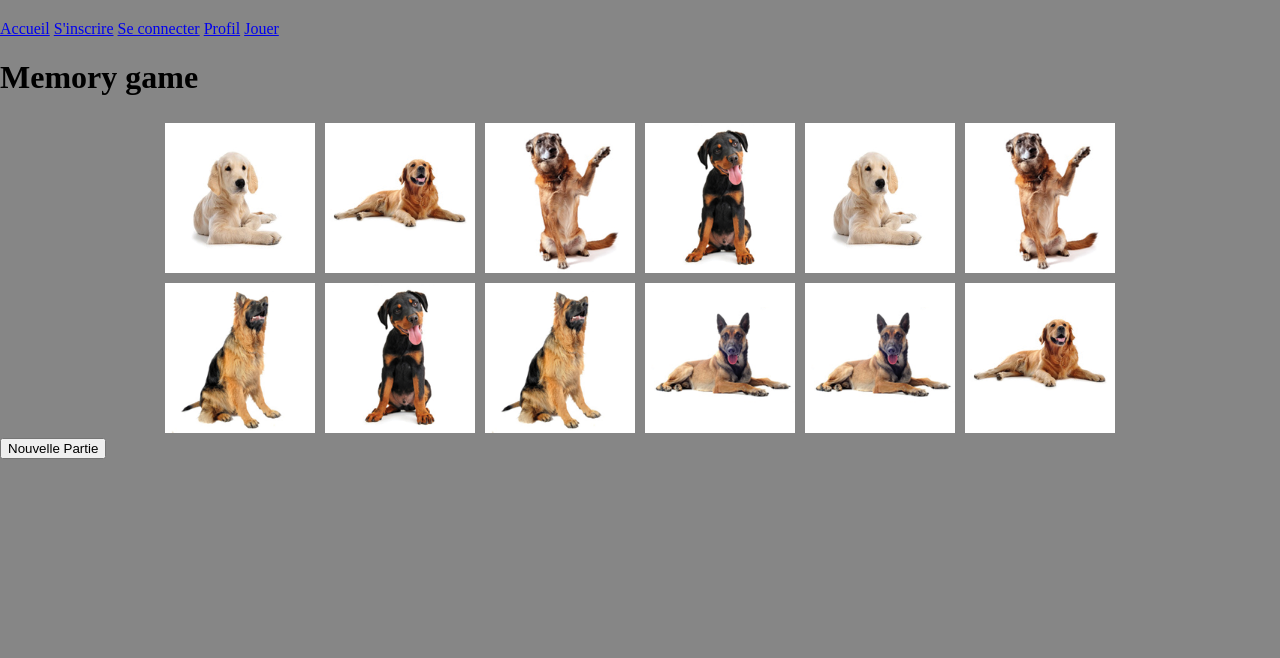
Repository: Ludmilla06/memory-game
Page: game.html
The author's editor kept a copy of each file at every save. The page is drawn from the files as they stood at one save, then again after the next save.
The browser window is 1280 px wide. The pictures show the whole page.

Above is the page before, as saved 2025-10-22 14:28:08.

### game.html
<!DOCTYPE html>
<html lang="fr">
  <head>
    <meta charset="UTF-8" />
    <meta name="viewport" content="width=device-width, initial-scale=1.0" />
    <title>Document</title>
    <link rel="stylesheet" href="css/game.css" />
  </head>
  <body>
    <nav>
      <div class="Onglet">
        <a href="index.html">Accueil</a>
        <a href="inscription.html">S'inscrire</a>
        <a href="login.html">Se connecter</a>
        <a href="profil.html">Profil</a>
        <a href="play.html">Jouer</a>
      </div>
    </nav>
    <h1>Memory game</h1>
    <div id="game">
      <section class="grid"></section>
    </div>
    <button id="reset-btn">Nouvelle Partie</button>
    <script type="module" src="js/game.js"></script>
  </body>
</html>

### css/game.css
*,
*::before,
*::after {
  box-sizing: border-box;
}
body {
    margin: 20px 0;
    background: rgba(68, 67, 67, 0.644);
}

.grid {
    max-width: 960px;
    margin: 0 auto;
    display: flex;
    flex-wrap: wrap;
    justify-content: space-evenly;
}

.card {
    margin: 5px;
    background-color:  rgba(68, 67, 67, 0.644);;
    background-size: contain;
    background-repeat: no-repeat;
    background-position: center center;
    width: 150px;
    height: 150px;
}

.selected {
    border: 5px solid blue;
    box-shadow: 0 0 10px blue;
}

.match {
    border : 4 px solid green;
    box-shadow: 0 0 10px green;
    background-image: none !important; /*!important est nécessaire pour que les cartes qui correspondent perdent bien leur image de fond */
}

### js/game.js
// Target btn reset
const $resetBtn = document.getElementById("reset-btn");
// Prévoit la detection du click sur le btn
$resetBtn.addEventListener("click", resetGame);

function resetGame() {
  // Logique pour réinitialiser le jeu
  console.log("Jeu réinitialisé");
}

// Écouter les événements de la touche espace pour réinitialiser le jeu
document.addEventListener("keydown", (event) => {
  console.log(event);

  if (event.key === " ") {
    // lancer le jeu
    resetGame();
  } else console.log("raté");
});

// Autoriser uniquement la sélection de deux cartes à la fois
let count = 0; // Compteur pour suivre le nombre de cartes sélectionnées
let firstGuess = ""; // Ajouter des variables pour suivre les premières et deuxièmes sélections
let secondGuess = "";
let previousTarget = null; // Garder une trace de la carte précédemment cliquée
let delay = 1200; // Délai en millisecondes avant de réinitialiser les suppositions

// Tableau des cartes
const cardsArray = [
  { name: "Berger Allemand", img: "assets/BA.webp" },
  { name: "Chien Assis", img: "assets/chienassis.webp" },
  { name: "Chiot", img: "assets/chiot.webp" },
  { name: "Labrador", img: "assets/labrador.webp" },
  { name: "Malinois", img: "assets/malinois.webp" },
  { name: "Rottweiler", img: "assets/rott.webp" },
];

// Récupérez le div avec un identifiant root
const game = document.getElementById("game");

// Créer une section avec une classe de grille
const grid = document.createElement("section");
grid.setAttribute("class", "grid");

// Attacher la grille au jeu
game.appendChild(grid);

// Dupliquer le tableau pour créer une correspondance pour chaque carte
let gameGrid = cardsArray.concat(cardsArray); // concat permet de fusionner deux tableaux

// Randomiser la grille de jeu
gameGrid.sort(() => 0.5 - Math.random());
// La méthode sort() trie les éléments d'un tableau et renvoie le tableau trié. La fonction de comparaison fournie détermine l'ordre de tri.
// Elle génère un nombre aléatoire entre -0.5 et 0.5, ce qui entraîne un ordre aléatoire des éléments du tableau.

// Créer les cartes avec le tableau dupliqué
gameGrid.forEach((item) => {
  const card = document.createElement("div"); // Créer une div pour chaque carte
  card.classList.add("card"); // Appliquer une classe de carte à ce div
  card.dataset.name = item.name; // Définissez l'attribut data-name du div sur le nom cardsArray
  // Appliquer l'image d'arrière-plan du div à l'image cardsArray
  card.style.backgroundImage = `url(${item.img})`; //on va appeler l'image à partir du tableau cardsArray
  grid.appendChild(card); // Ajouter le div à la section de grille
});

// Fonction match
const match = () => {
  const selected = document.querySelectorAll(".selected");
  selected.forEach((card) => {
    card.classList.add("match"); // Ajouter la classe de correspondance
  });
};

// Fonction resetGuesses
    const resetGuesses = () => { // Réinitialiser pour la prochaine paire
      firstGuess = "";
      secondGuess = "";
      count = 0;
      const selected = document.querySelectorAll(".selected"); // Retirer la classe 'selected' des cartes non matchées
      selected.forEach((card) => {
        card.classList.remove("selected");
      });
    };

// Écouter les clics sur la grille
grid.addEventListener("click", function (event) {
  // Définir clicked en premier
  let clicked = event.target;

  // Ne pas autoriser la sélection de la section de grille elle-même ;
  // sélectionner uniquement les divs à l'intérieur de la grille
  if (clicked.nodeName === "SECTION" || clicked === previousTarget) {
    return;
  }

  // Ne pas permettre de cliquer sur une carte déjà matchée et sélectionnée
  if (clicked.classList.contains("match")|| clicked.classList.contains("selected")) {
    return;
  }

  // Vérifier le compteur et ajouter la classe sélectionnée si moins de 2 cartes sont sélectionnées
  if (count < 2) {
    count++;
    clicked.classList.add("selected"); // Une seule carte peut être sélectionnée à la fois

    // Enregistrer la première ou deuxième supposition
    if (count === 1) {
      firstGuess = clicked.dataset.name;
    } else {
      secondGuess = clicked.dataset.name;
    }
  }

  // Si les deux suppositions sont complètes
  if (firstGuess !== "" && secondGuess !== "") {
    // et la première supposition correspond à la deuxième correspondance...
    if (firstGuess === secondGuess) {
      // exécuter la fonction de correspondance
      setTimeout(match, delay);
      setTimeout (resetGuesses, delay);
    } else {
      // Sinon réinitialiser les suppositions après un court délai
      setTimeout (resetGuesses, delay);
    }
    }
    // Définir la cible précédente sur cliquée
    previousTarget = clicked;
  });

After the next save:
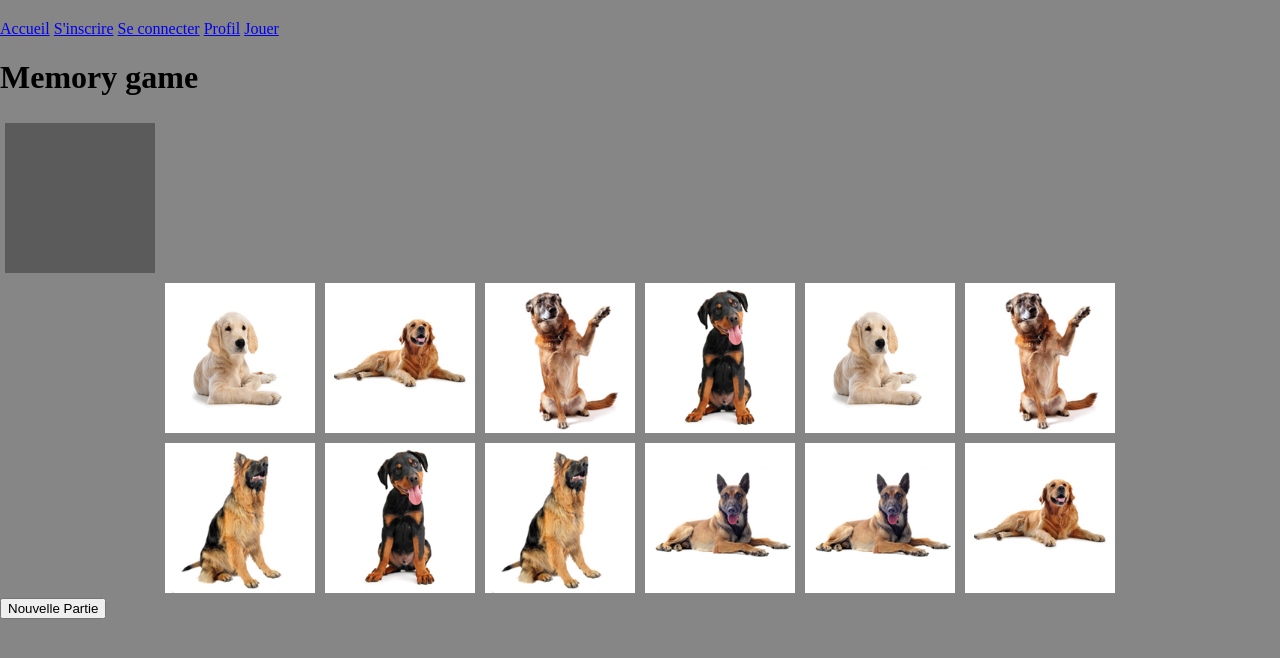
Saved 3 min 54 s later.
--- a/game.html
+++ b/game.html
@@ -19,6 +19,10 @@
     <h1>Memory game</h1>
     <div id="game">
       <section class="grid"></section>
+      <div class="card">
+        <div class="front"></div>
+        <div class="back"></div>
+      </div>
     </div>
     <button id="reset-btn">Nouvelle Partie</button>
     <script type="module" src="js/game.js"></script>
